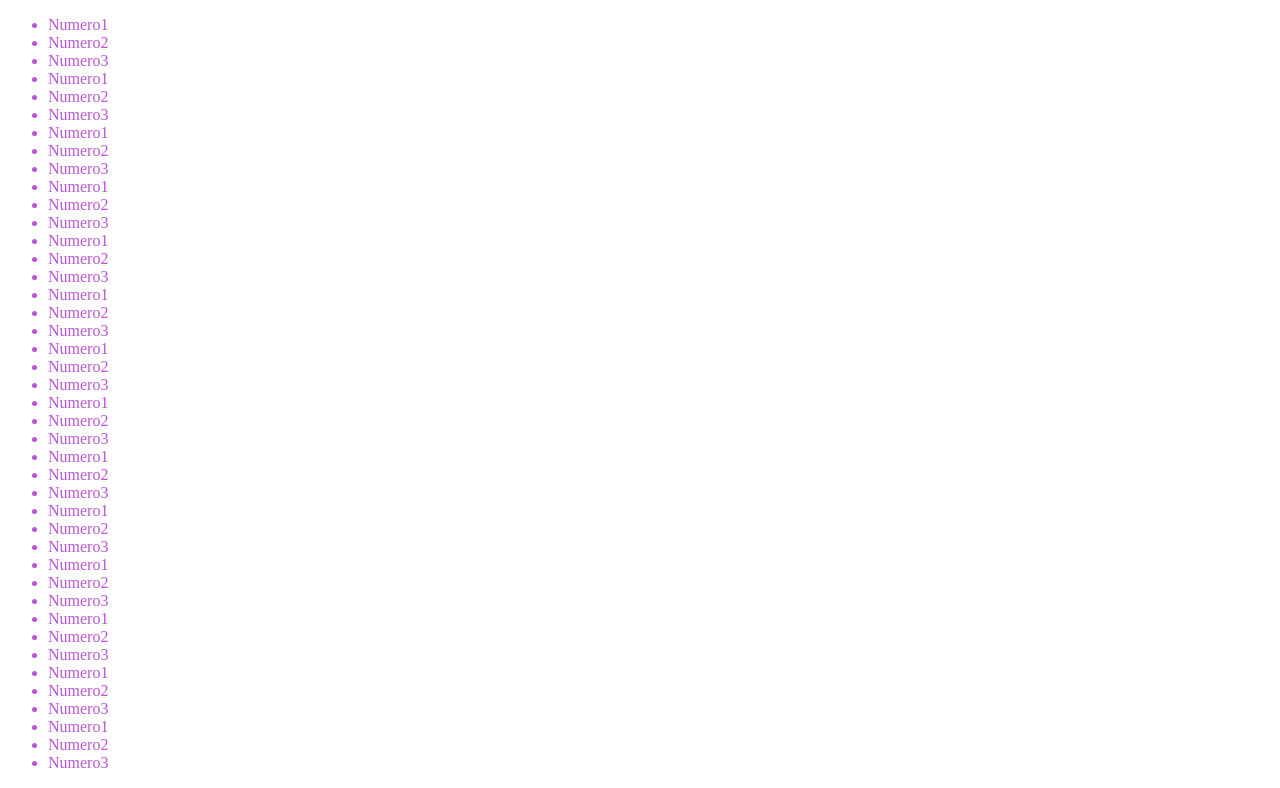
Repository: elbrodelche/ada-portfolio
Page: img/index.html
An editor plug-in stored every save of this project. The page is shown before and after a run of saves, followed by the edit.
The browser window is 1280 px wide. The pictures show the whole page.

Above is the page before, as saved 2021-01-23 18:56:09.

### img/index.html
<!DOCTYPE html>
<html lang="en">
<head>
    <meta charset="UTF-8">
    <meta name="viewport" content="width=device-width, initial-scale=1.0">
    <title>Document</title>
    <style>
        .violeta{
            color:mediumorchid
        };
        .rojo{
            color: red;
        }
    </style>
</head>
<body>
    <ul>
        <li class="violeta">Numero1</li>
        <li class="violeta">Numero2</li>
        <li class="violeta">Numero3</li>
        <li class="violeta">Numero1</li>
        <li class="violeta">Numero2</li>
        <li class="violeta">Numero3</li>
        <li class="violeta">Numero1</li>
        <li class="violeta">Numero2</li>
        <li class="violeta">Numero3</li>
        <li class="violeta">Numero1</li>
        <li class="violeta">Numero2</li>
        <li class="violeta">Numero3</li>
        <li class="violeta">Numero1</li>
        <li class="violeta">Numero2</li>
        <li class="violeta">Numero3</li>
        <li class="violeta">Numero1</li>
        <li class="violeta">Numero2</li>
        <li class="violeta">Numero3</li>
        <li class="violeta">Numero1</li>
        <li class="violeta">Numero2</li>
        <li class="violeta">Numero3</li>
        <li class="violeta">Numero1</li>
        <li class="violeta">Numero2</li>
        <li class="violeta">Numero3</li>
        <li class="violeta">Numero1</li>
        <li class="violeta">Numero2</li>
        <li class="violeta">Numero3</li>
        <li class="violeta">Numero1</li>
        <li class="violeta">Numero2</li>
        <li class="violeta">Numero3</li>
        <li class="violeta">Numero1</li>
        <li class="violeta">Numero2</li>
        <li class="violeta">Numero3</li>
        <li class="violeta">Numero1</li>
        <li class="violeta">Numero2</li>
        <li class="violeta">Numero3</li>
        <li class="violeta">Numero1</li>
        <li class="violeta">Numero2</li>
        <li class="violeta">Numero3</li>
        <li class="violeta">Numero1</li>
        <li class="violeta">Numero2</li>
        <li class="violeta">Numero3</li>
    </ul>
</body>
</html>

After the next 2 saves:
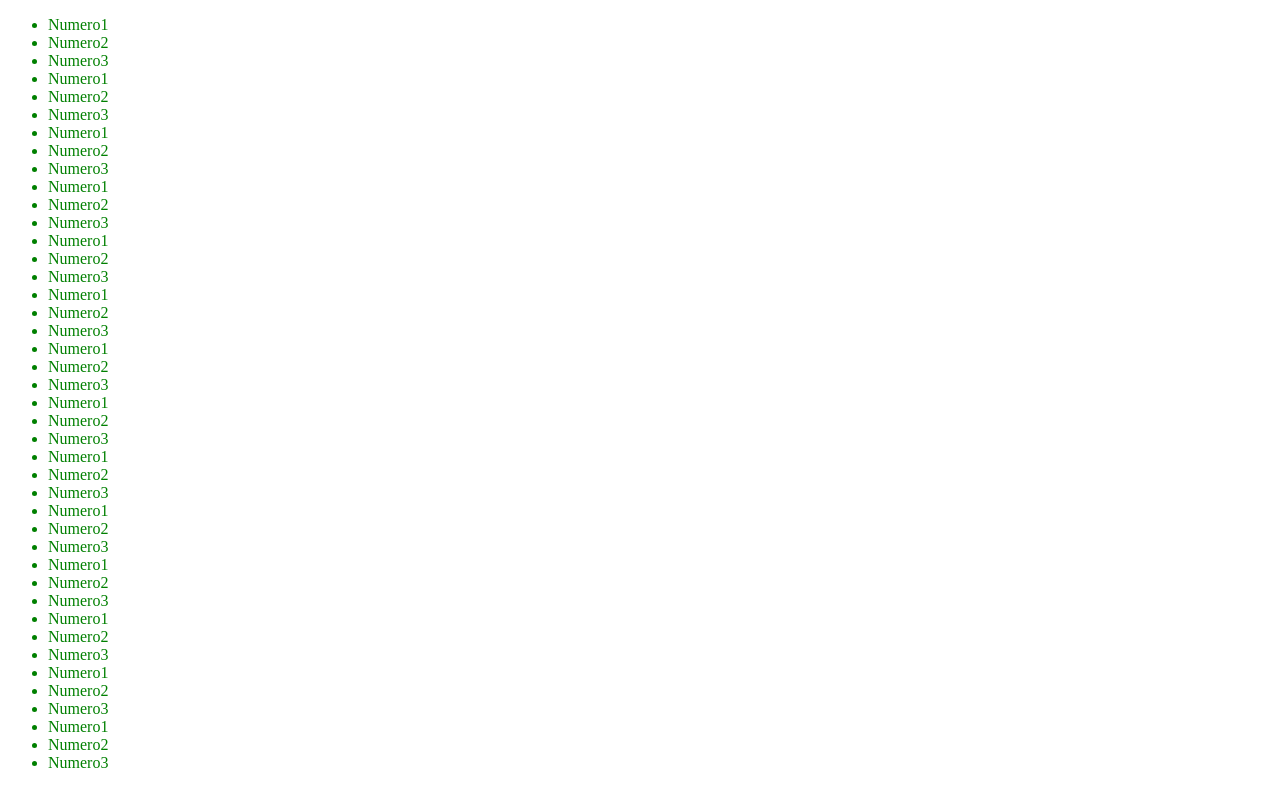
The 2 saves are shown as one change because they came seconds apart.
The last was saved 52 s later.
--- a/img/index.html
+++ b/img/index.html
@@ -6,7 +6,7 @@
     <title>Document</title>
     <style>
         .violeta{
-            color:mediumorchid
+            color:green
         };
         .rojo{
             color: red;
